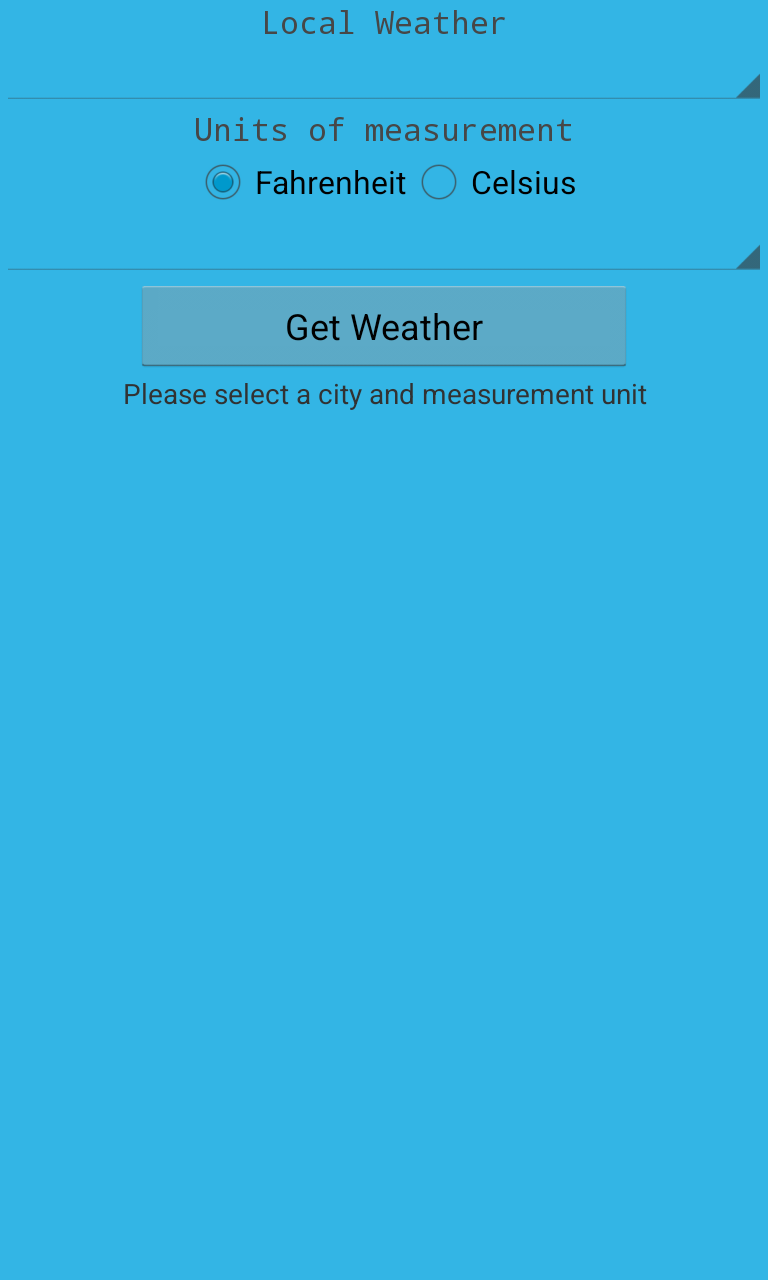
Repository: efreestone/Java1
Layout: Java1Project4/res/layout/activity_main.xml
The author's editor kept a copy of each file at every save. The layout is drawn from the files as they stood at one save, then again after the next save.
It is drawn on a 768 x 1280 px phone screen (xhdpi) without system bars, with theme AppTheme; the app's code is not run.

Above is the layout before, as saved 2014-03-26 03:51:58.

### Java1Project4/res/layout/activity_main.xml
<?xml version="1.0" encoding="utf-8"?>
<LinearLayout xmlns:android="http://schemas.android.com/apk/res/android"
    android:id="@+id/parentView"
    android:layout_width="match_parent"
    android:layout_height="match_parent"
    android:orientation="vertical"
    style="@style/backgroundStyle">

    <!-- Top Linear Layout with controls -->
    <!-- <LinearLayout
        android:layout_width="match_parent"
        android:layout_height="wrap_content"
        android:orientation="horizontal"> -->

        <!-- Title -->
        <TextView
            android:layout_width="match_parent"
            android:layout_height="wrap_content"
            android:gravity="center"
            android:text="@string/titleString"
            style="@style/labelStyle"/>

        <!-- City Spinner -->
        <Spinner
            android:id="@+id/citySpinner"
            android:layout_width="match_parent"
            android:layout_height="wrap_content"/>

        <!-- Measurement Title -->
        <TextView
            android:layout_width="match_parent"
            android:layout_height="wrap_content"
            android:gravity="center"
            android:text="@string/measureTitleString"
            style="@style/labelStyle"/>

        <!-- Measurement Radio Buttons -->
        <RadioGroup
            android:id="@+id/tempUnitRadioGroup"
            android:layout_width="wrap_content"
            android:layout_height="wrap_content"
            android:layout_gravity="center"
            android:orientation="horizontal" >

            <RadioButton
                android:id="@+id/fahrenheitRadio"
                android:layout_width="match_parent"
                android:layout_height="wrap_content"
                android:text="@string/fahrenheitString"
                android:checked="true"/>

            <RadioButton
                android:id="@+id/celsiusRadio"
                android:layout_width="match_parent"
                android:layout_height="wrap_content"
                android:text="@string/celsiusString"/>
        </RadioGroup>

        <!-- Current Spinner -->
        <Spinner
            android:id="@+id/currentSpinner"
            android:layout_width="match_parent"
            android:layout_height="wrap_content"
            android:dropDownVerticalOffset="-45dp"
            android:popupBackground="@android:color/darker_gray"/>

        <!-- Get Weather Button -->
        <Button
            android:id="@+id/weatherButton"
            android:layout_width="wrap_content"
            android:layout_height="wrap_content"
            android:layout_gravity="center"
            android:width="250dp"
            android:text="@string/weatherButtonString"/>

	<!-- </LinearLayout> -->

	<!-- Bottom Gridlayout for temp display -->
	<GridLayout
	    android:id="@+id/tempGrid"
	    android:layout_width="match_parent"
	    android:layout_height="wrap_content"
	    android:columnCount="2">

        <!-- Display Temp -->
        <TextView
            android:id="@+id/displayTempView"
            android:layout_width="match_parent"
            android:layout_height="wrap_content"
            android:gravity="center"
            android:text="@string/displayTempString"/>

       <TextView
           android:id="@+id/dayOne"
           android:layout_width="match_parent"
           android:layout_height="wrap_content"/>

       <TextView
           android:id="@+id/tempOne"
           android:layout_width="match_parent"
           android:layout_height="wrap_content"/>

	</GridLayout>

</LinearLayout>

### Java1Project4/res/values-v14/styles.xml
<resources xmlns:android="http://schemas.android.com/apk/res/android">

    <!--
        Base application theme for API 14+. This theme completely replaces
        AppBaseTheme from BOTH res/values/styles.xml and
        res/values-v11/styles.xml on API 14+ devices.
    -->
    <style name="AppBaseTheme" parent="android:Theme.Holo.Light.DarkActionBar"/>

        <!-- Labels -->
        <style name="labelStyle">
            <item name="android:textStyle">normal</item>
            <item name="android:textColor">#474747</item>
            <item name="android:textSize">16sp</item>
            <item name="android:typeface">monospace</item>
        </style>

        <style name="backgroundStyle">
            <item name="android:background">@android:color/holo_blue_light</item>
        </style>


</resources>

### Java1Project4/res/values/strings.xml
<?xml version="1.0" encoding="utf-8"?>
<resources>

    <string name="app_name">Java1Project4</string>
    <string name="action_settings">Settings</string>
    <string name="hello_world">Hello world!</string>

    <!-- Title and button strings -->
    <string name="titleString">Local Weather</string>
    <string name="measureTitleString">Units of measurement</string>
    <string name="weatherButtonString">Get Weather</string>
    <string name="displayTempString">Please select a city and measurement unit</string>

    <!-- Connection Alert strings -->
    <string name="noConnectionTitle">Connection Error</string>
    <string name="noConnectionAlert">This application requires internet access. Please check your network connection and try again.</string>

    <!-- Main URL strings -->
    <string name="mainURLString">http://api.wunderground.com/api/8204b5c9bf753afb/</string>
    <string name="conditionsURLString">conditions/q/</string>
    <string name="forecastURLString">forecast/q/</string>
    <!-- City URL strings -->
    <string name="lovelandString">CO/Loveland.json</string>
    <string name="losAngelesString">CA/Los_Angeles.json</string>
    <string name="newYorkString">NY/New_York.json</string>
    <string name="chicagoString">IL/Chicago.json</string>
    <string name="orlandoString">FL/Orlando.json</string>

    <!-- Radio Button Text -->
    <string name="fahrenheitString">Fahrenheit</string>
    <string name="celsiusString">Celsius</string>

    <!-- Cities array for first spinner -->
    <string-array name="cities_array">
        <item >Loveland</item>
        <item >Los Angeles</item>
        <item >New York</item>
        <item >Chicago</item>
        <item >Orlando</item>
    </string-array>

    <!-- Array for second spinner -->
    <string-array name="current_forecast">
        <item >Current Weather</item>
        <item >3-day Forecast</item>
    </string-array>

    <!-- Weather Icon -->
    <string name="weatherIconAccString">Weather Icon</string>
    <string name="weatherIconURL"></string>
    <string name="weatherProvidedBy">Weather Provided By:</string>

</resources>

Loaded but not shown: Java1Project4/res/values/styles.xml (common file); Java1Project4/res/values-v11/styles.xml (common file)

After the next save:
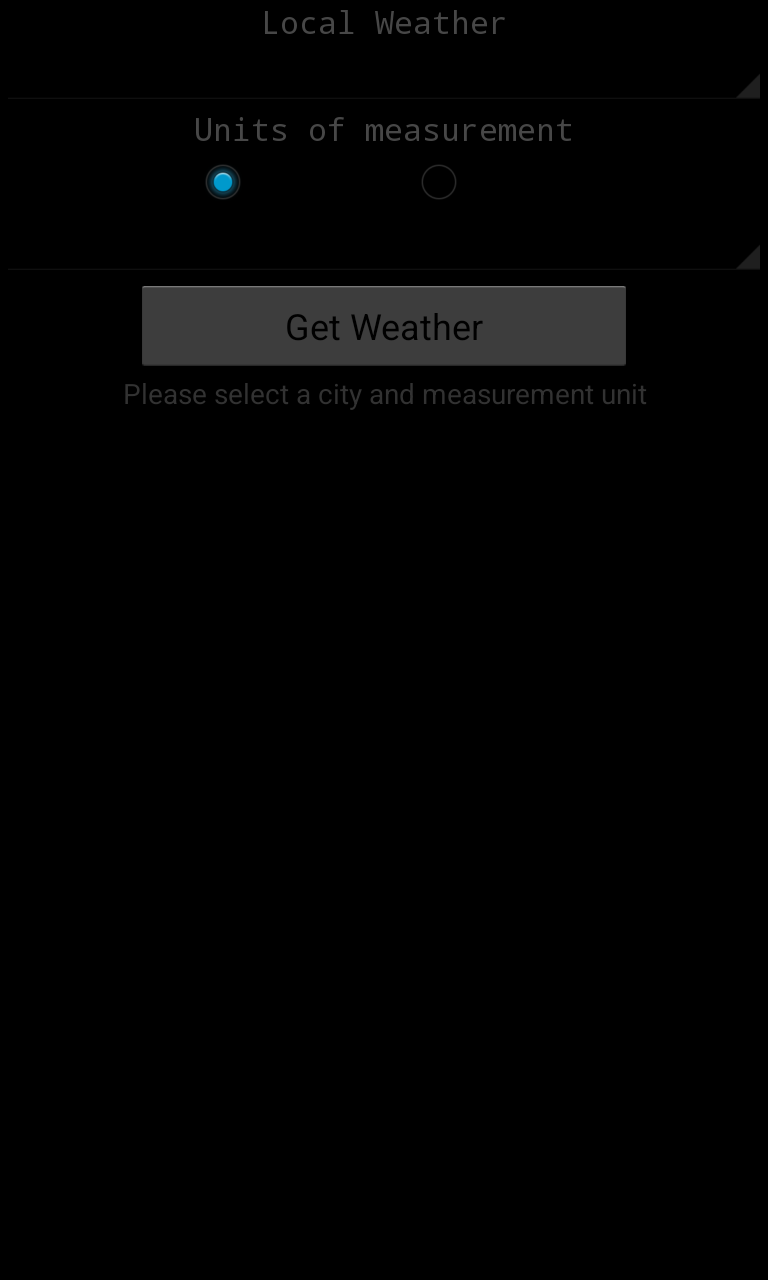
Saved 40 s later.
--- a/Java1Project4/res/values-v14/styles.xml
+++ b/Java1Project4/res/values-v14/styles.xml
@@ -16,7 +16,7 @@
         </style>
 
         <style name="backgroundStyle">
-            <item name="android:background">@android:color/holo_blue_light</item>
+            <item name="android:background">@android:color/background_dark</item>
         </style>
 
 
